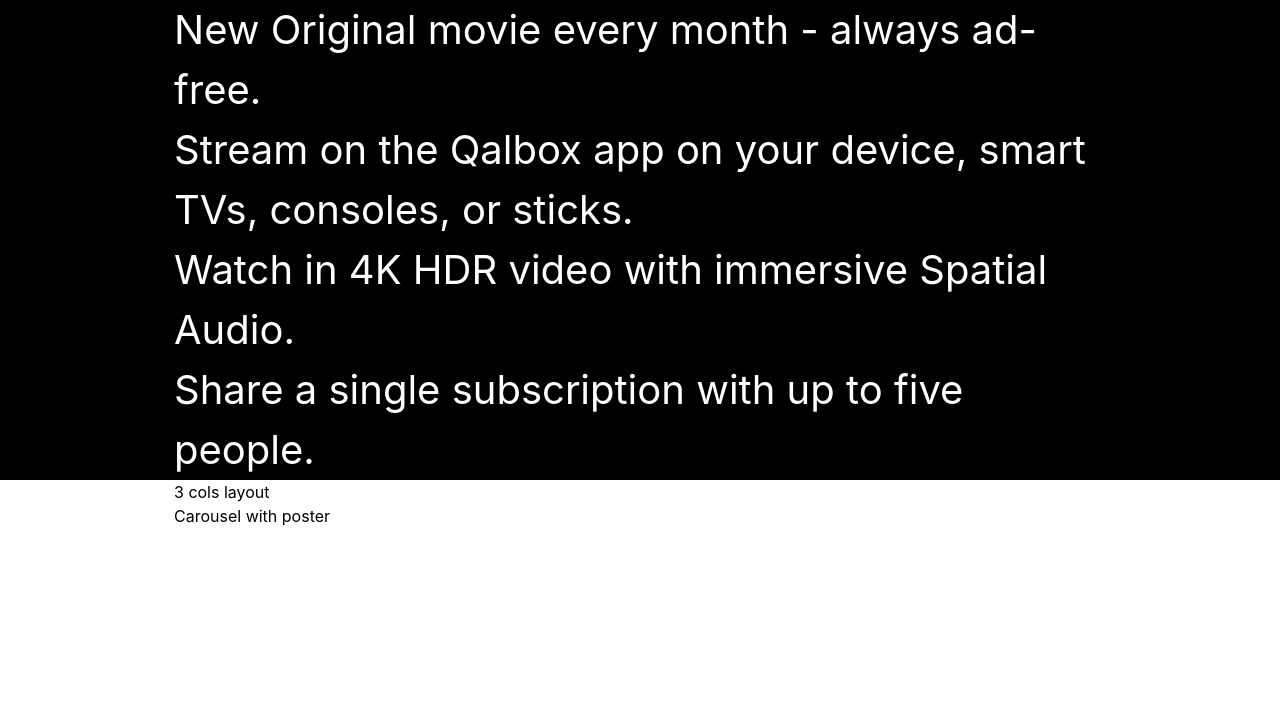
Repository: iqmalr/qalbox-rebuild
Page: /
An editor plug-in stored every save of this project. The page is shown before and after the next save, followed by the edit.
The browser window is 1280 px wide. The pictures show the part of the page from y = 720 to 1600 px (the page is 1440 px tall before and 1600 px after).
Some web fonts or font styles are not loaded; a fallback is used. The project was rebuilt for these pictures with package versions that can differ from the ones it lists, and the page was loaded fresh each time. Also part of the build but not shown: vite.config.ts. Imported but missing from the stored project, and not drawn on this page: src/assets/Hero.mp4.

Above is the page before, as saved 2024-09-16 13:51:22.

### src/App.tsx
import { CustomContainer } from "./components/CustomContainer";
import { Headers } from "./components/Headers";
import { Hero } from "./components/sections/Hero";
import { USPS } from "./components/sections/USPS";

function App() {
  return (
    <>
      <Headers />
      <main>
        <div className="bg-background">
          <Hero />
          <USPS />
        </div>
        <div>
          <CustomContainer>3 cols layout</CustomContainer>
        </div>
        <div>
          <CustomContainer>Carousel with poster</CustomContainer>
        </div>
      </main>
    </>
  );
}

export default App;

### src/index.css
@tailwind base;
@tailwind components;
@tailwind utilities;
@font-face {
  font-family: "SF Pro Display";
  src: url("/assets/font/SFProDisplay-Regular.ttf") format("truetype");
  font-weight: 400;
  font-style: normal;
}

@font-face {
  font-family: "SF Pro Display";
  src: url("/assets/fonts/SFProDisplay-Bold.ttf") format("truetype");
  font-weight: 700;
  font-style: normal;
}

body {
  font-family: "SF Pro Display", sans-serif;
}
@layer {
  :root {
    --header-row-height: 44px;
    --header-height: calc(var(--header-row-height) * 2);
    --hero-height: calc(100svh - var(--header-height));
  }
}

### src/components/CustomContainer.tsx
import React from "react";
import { twMerge } from "tailwind-merge";
type Props = {
  children: React.ReactNode;
  className?: string;
};

export const CustomContainer = ({ children, className }: Props) => {
  return (
    <div className={twMerge("mx-auto max-w-[980px] px-6", className)}>
      {children}
    </div>
  );
};

### src/components/Headers.tsx
import QalboxSVGIcon from "../assets/QalboxSVG";
import { Button } from "./Button";
import { CustomContainer } from "./CustomContainer";

export const Headers = () => {
  return (
    <>
      <header className="top-0 z-20 bg-backgroundContrast text-white">
        <CustomContainer className="flex h-[--header-row-height] items-center">
          <a
            href="/"
            className="-ml-6 flex h-[--header-row-height] items-center px-6 text-21"
          >
            <QalboxSVGIcon />
            <span>Back to homepage</span>
          </a>
        </CustomContainer>
      </header>
      <div className="sticky top-0 z-20 bg-backgroundContrast text-white">
        <CustomContainer className="flex h-[--header-row-height] items-center justify-between">
          <p className="text-21 font-semibold">Qalbox App +</p>
          <Button size="small">Stream now</Button>
        </CustomContainer>
      </div>
    </>
  );
};

### src/components/sections/Hero.tsx
import { motion, useScroll, useTransform } from "framer-motion";
import { lazy, useEffect, useRef } from "react";
import videoSrc from "../../assets/Hero.mp4";
const CustomContainer = lazy(() =>
  import("../CustomContainer").then((module) => ({
    default: module.CustomContainer,
  })),
);
export const Hero = () => {
  const videoContainerRef = useRef<HTMLDivElement>(null);
  const videoRef = useRef<HTMLVideoElement>(null);

  const { scrollYProgress } = useScroll({
    target: videoContainerRef,
    offset: ["start start", "end end"],
  });
  const opacity = useTransform(scrollYProgress, [0, 0.7, 1], [1, 1, 0]);

  useEffect(() => {
    const videoContainer = videoContainerRef.current;
    const video = videoRef.current;
    if (!videoContainer || !video) return;

    const observer = new IntersectionObserver(
      (entries) => {
        entries.forEach((entry) => {
          if (entry.isIntersecting) {
            video.play().catch(() => {
              console.error("Autoplay was prevented");
            });
          } else {
            video.pause();
          }
        });
      },
      { threshold: 0.5 },
    );

    observer.observe(videoContainer);

    return () => {
      observer.unobserve(videoContainer);
    };
  }, []);
  return (
    <div className="relative bg-background text-white">
      <motion.div
        style={{ opacity }}
        ref={videoContainerRef}
        className="absolute -top-[--header-height] left-0 h-[200vh] w-full"
      >
        <video
          ref={videoRef}
          className="sticky top-0 h-screen w-full object-cover"
          src={videoSrc}
          muted
          playsInline
          loop
        />
      </motion.div>
      <CustomContainer className="relative z-10 h-[--hero-height] pb-7">
        <motion.div
          className="flex h-full flex-col items-center justify-end text-center"
          variants={{
            hidden: { opacity: 0 },
            visible: { opacity: 1 },
          }}
          whileInView="visible"
          exit="hidden"
          animate="hidden"
          viewport={{ amount: 0.98 }}
        >
          <h1 className="mb-5 text-40 font-bold md:text-72">
            The Heart of <br />
            Muslim Entertainment.
          </h1>
          <h1 className="mb-5">
            *After your free trial, enjoy both Qalbox and Muslim Pro from
            S$8.33/month onwards. Cancel anytime.
          </h1>
          <h1 className="mb-5">
            Ready to watch? Enter your email to create or restart your
            membership.
          </h1>
          <div className="flex h-[58px] w-[480px] flex-row text-21">
            <div className="flex basis-3/4 items-center bg-white text-textBlack">
              <p className="p-5">Email Address</p>
              <p></p>
            </div>
            <button className="basis-1/4 bg-primary">Mulai</button>
          </div>
        </motion.div>
      </CustomContainer>
    </div>
  );
};

### src/components/sections/USPS.tsx
import { CustomContainer } from "../CustomContainer";

export const USPS = () => {
  return (
    <CustomContainer className="text-40 text-white">
      <p className="text-40">
        New Original movie every month - always ad-free.
      </p>
      <p className="text-40">
        Stream on the Qalbox app on your device, smart TVs, consoles, or sticks.
      </p>
      <p className="text-40">
        Watch in 4K HDR video with immersive Spatial Audio.
      </p>
      <p className="text-40">
        Share a single subscription with up to five people.
      </p>
    </CustomContainer>
  );
};

### src/assets/icons/QalboxSVG.tsx
const QalboxSVGIcon = () => {
  return (
    <svg
      width="24"
      height="24"
      viewBox="0 0 24 24"
      fill="none"
      xmlns="http://www.w3.org/2000/svg"
    >
      <path
        id="Vector_2"
        d="M6.37981 3.25561C7.28357 4.15908 7.28357 5.61977 6.37981 6.52325C5.47606 7.42673 4.01493 7.42673 3.11117 6.52325C2.20742 5.61977 2.20742 4.15908 3.11117 3.25561C4.01493 2.35213 5.47606 2.35611 6.37981 3.25561ZM19.2673 13.962C18.9368 15.1958 19.6694 16.4615 20.8996 16.7918C22.1338 17.1222 23.3998 16.3899 23.7303 15.16C24.0607 13.9262 23.3282 12.6605 22.098 12.3302C20.8638 11.9998 19.5977 12.7322 19.2673 13.962ZM19.2673 9.97796C19.5977 11.2118 20.8638 11.9401 22.098 11.6098C23.3322 11.2794 24.0607 10.0138 23.7303 8.77995C23.3998 7.54613 22.1338 6.81778 20.8996 7.14812C19.6654 7.47847 18.9368 8.74413 19.2673 9.97796ZM17.2726 6.52325C18.1764 7.42673 19.6375 7.42673 20.5413 6.52325C21.445 5.61977 21.445 4.15908 20.5413 3.25561C19.6375 2.35213 18.1764 2.35213 17.2726 3.25561C16.3689 4.15908 16.3689 5.62375 17.2726 6.52325ZM8.63322 0.067566C7.39902 0.397912 6.67045 1.66358 7.00089 2.8974C7.33134 4.13122 8.59739 4.85958 9.83159 4.52923C11.0658 4.19888 11.7944 2.93322 11.4639 1.6994C11.1335 0.469554 9.86742 -0.26278 8.63322 0.067566ZM13.8208 4.52923C15.055 4.85958 16.3211 4.12724 16.6515 2.8974C16.982 1.66358 16.2494 0.397912 15.0192 0.067566C13.789 -0.26278 12.519 0.469554 12.1885 1.6994C11.8541 2.93322 12.5866 4.19888 13.8208 4.52923ZM23.8099 21.3331C23.8099 20.6844 23.5949 20.4694 22.934 19.8087L20.5413 17.4167C19.6375 16.5132 18.1764 16.5132 17.2726 17.4167C16.3689 18.3202 16.3689 19.7809 17.2726 20.6844L19.6654 23.0764C20.3263 23.7371 20.5453 23.952 21.1902 23.952H23.0375C23.4635 23.952 23.8059 23.6057 23.8059 23.1838L23.8099 21.3331ZM6.41166 3.29939C7.31144 4.19888 7.31144 5.65559 6.41166 6.55509C5.51189 7.45459 4.05474 7.45459 3.15497 6.55509C2.25519 5.65559 2.25519 4.19888 3.15497 3.29939C4.05076 2.39989 5.51189 2.39989 6.41166 3.29939ZM19.2513 13.97C18.9209 15.1998 19.6495 16.4615 20.8797 16.7879C22.1099 17.1182 23.372 16.3899 23.6984 15.16C24.0289 13.9302 23.3003 12.6685 22.0701 12.3421C20.8438 12.0118 19.5818 12.7401 19.2513 13.97ZM19.2513 9.99786C19.5818 11.2277 20.8438 11.9561 22.0701 11.6257C23.3003 11.2954 24.0289 10.0337 23.6984 8.80781C23.368 7.58195 22.1059 6.84962 20.8797 7.17996C19.6534 7.50633 18.9249 8.76801 19.2513 9.99786ZM17.2647 6.55509C18.1644 7.45459 19.6216 7.45459 20.5214 6.55509C21.4211 5.65559 21.4211 4.19888 20.5214 3.29939C19.6216 2.39989 18.1644 2.39989 17.2647 3.29939C16.3649 4.19888 16.3649 5.65559 17.2647 6.55509ZM8.65711 0.123287C7.42689 0.453634 6.69832 1.71532 7.02876 2.94118C7.35921 4.16704 8.62128 4.89938 9.84752 4.56903C11.0777 4.23869 11.8063 2.977 11.4759 1.75114C11.1494 0.521295 9.88733 -0.207059 8.65711 0.123287ZM13.8248 4.56903C15.055 4.89938 16.3171 4.17102 16.6436 2.94118C16.9701 1.71134 16.2455 0.449654 15.0152 0.123287C13.785 -0.207059 12.5229 0.521295 12.1965 1.75114C11.87 2.98098 12.5946 4.24267 13.8248 4.56903ZM23.782 21.3132C23.782 20.6684 23.5671 20.4535 22.9062 19.7928L20.5214 17.4088C19.6216 16.5093 18.1644 16.5093 17.2647 17.4088C16.3649 18.3083 16.3649 19.765 17.2647 20.6645L19.6495 23.0485C20.3104 23.7092 20.5253 23.9241 21.1703 23.9241H23.0137C23.4357 23.9241 23.782 23.5819 23.782 23.156V21.3132ZM14.9038 23.3988C15.8871 23.1361 16.4684 22.1252 16.2056 21.1421C15.9429 20.159 14.9316 19.5779 13.9482 19.8406C12.5906 20.2028 11.1534 20.2107 9.79178 19.8605C8.39435 19.4983 7.10839 18.766 6.08122 17.7351C5.05404 16.7083 4.3175 15.4267 3.95919 14.0257C3.60883 12.6645 3.61281 11.2317 3.97511 9.87447C4.23788 8.8914 3.65263 7.88046 2.66925 7.62175C1.68587 7.35907 0.674621 7.94414 0.415837 8.92722C-0.109694 10.8934 -0.117657 12.9789 0.391949 14.9491C0.917479 16.9829 1.98447 18.8456 3.47745 20.3381C4.97043 21.8306 6.83766 22.8973 8.8721 23.4227C9.84354 23.6734 10.8389 23.7968 11.8342 23.7968C12.8693 23.8008 13.9005 23.6654 14.9038 23.3988Z"
        fill="currentColor"
      />
    </svg>
  );
};

export default QalboxSVGIcon;

### src/components/Button.tsx
import { twMerge } from "tailwind-merge";

type Props = {
  children: React.ReactNode;
  size?: "small" | "medium" | "large";
  className?: string;
};
export const Button = ({ children, size = "medium", className }: Props) => {
  const sizeClassNames: Record<"small" | "medium" | "large", string> = {
    // 12px
    small: "text-xs px-2 py-1",
    // 14px
    medium: "text-sm px-5 py-3",
    // 17px
    large: "text-lg px-8 py-5",
  };
  return (
    <button
      className={twMerge(
        "rounded-full bg-white text-textBlack",
        sizeClassNames[size],
        className,
      )}
    >
      {children}
    </button>
  );
};

### tailwind.config.ts
/** @type {import('tailwindcss').Config} */
export default {
  content: ["./index.html", "./src/**/*.{js,ts,jsx,tsx}"],
  theme: {
    colors: {
      background: "#000",
      backgroundContrast: "#111",
      textBlack: "#1d1d1f",
      white: "#fff",
    },
    fontFamily: {
      sans: ["SF Pro Display"],
    },
    fontSize: {
      "12": "0.75rem",
      "14": "0.875rem",
      "17": "1.0625rem",
      "19": ["1.1875rem", "1.21"],
      "21": "1.3125rem",
      "24": "1.5rem",
      "28": "1.75rem",
      "40": "2.5rem",
      "72": ["4.5rem", "1.05"],
    },
    extend: {},
  },
  plugins: [],
};

Loaded but not shown: index.html (common file); src/main.tsx (common file)

After the next save:
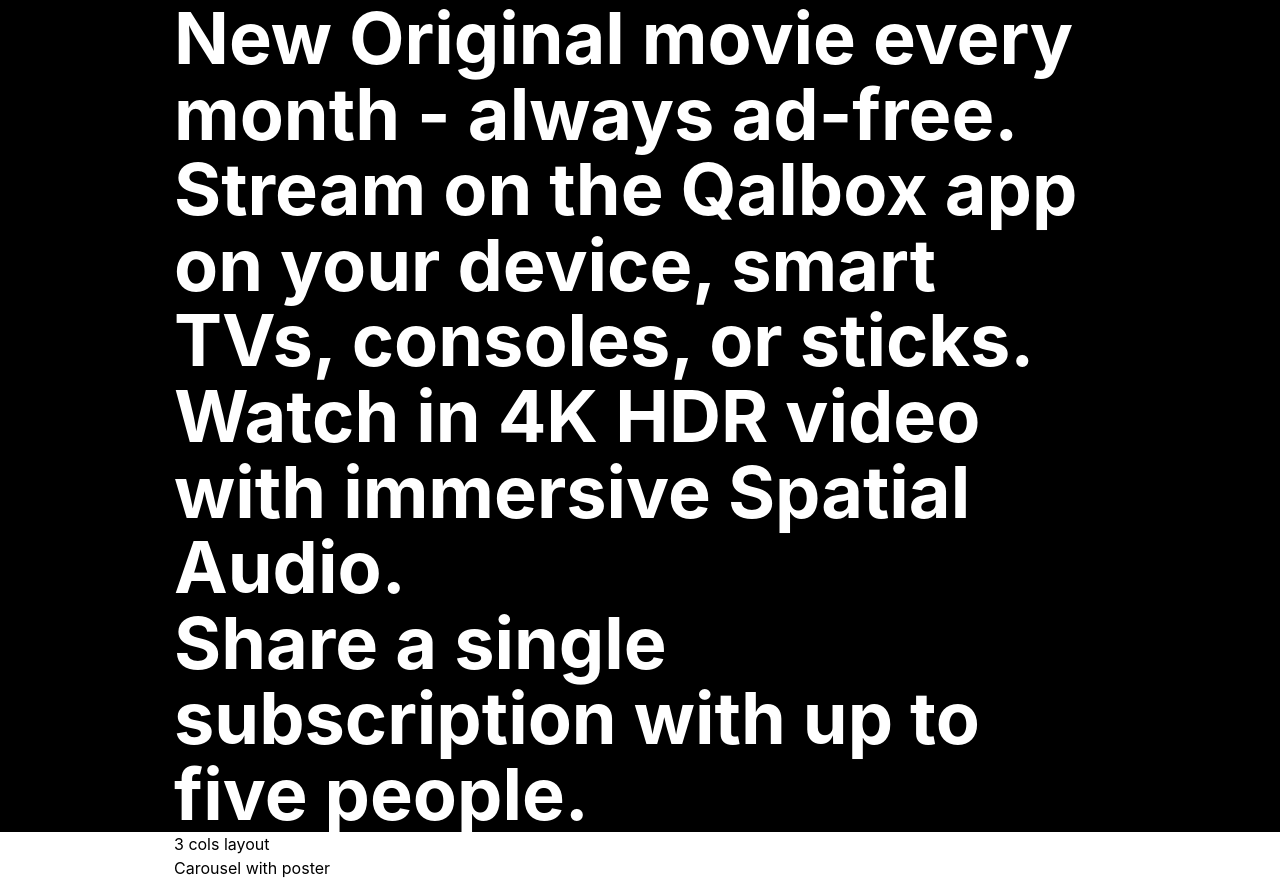
Saved 47 s later.
--- a/src/components/sections/USPS.tsx
+++ b/src/components/sections/USPS.tsx
@@ -2,17 +2,17 @@
 
 export const USPS = () => {
   return (
-    <CustomContainer className="text-40 text-white">
-      <p className="text-40">
+    <CustomContainer className="font-bold text-white">
+      <p className="text-72">
         New Original movie every month - always ad-free.
       </p>
-      <p className="text-40">
+      <p className="text-72">
         Stream on the Qalbox app on your device, smart TVs, consoles, or sticks.
       </p>
-      <p className="text-40">
+      <p className="text-72">
         Watch in 4K HDR video with immersive Spatial Audio.
       </p>
-      <p className="text-40">
+      <p className="text-72">
         Share a single subscription with up to five people.
       </p>
     </CustomContainer>
